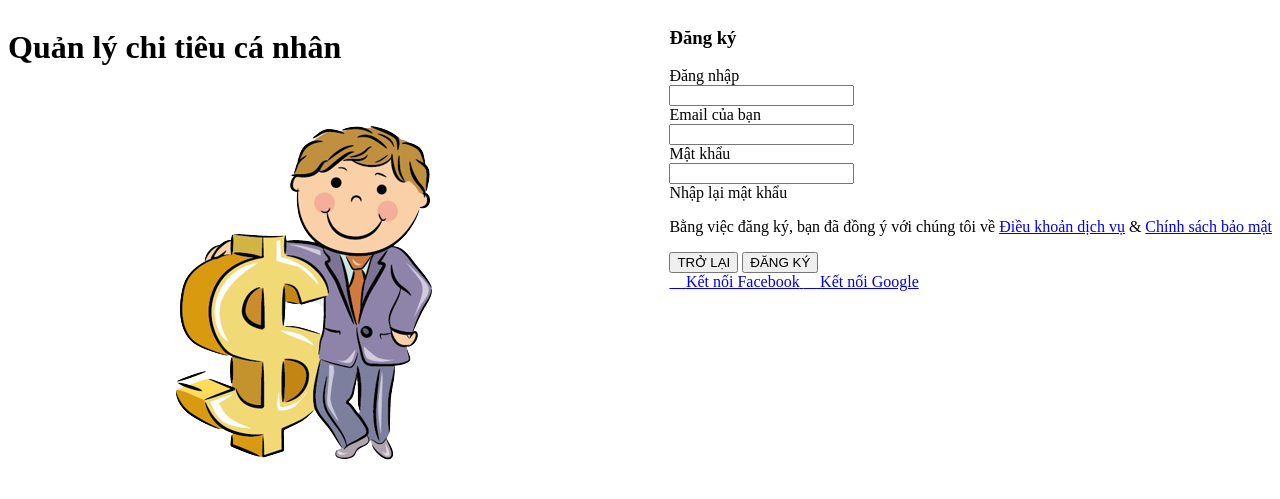
Repository: ximvhs/sochitieu
Page: login.html
These files come from the project's save history. The page is drawn as it stood at one moment and after a run of saves; the edit follows.
The browser window is 1280 px wide. The pictures show the whole page.
Some web fonts or font styles are not loaded; a fallback is used.

Above is the page before, as saved 2023-04-05 09:55:50.

After the next 4 saves:
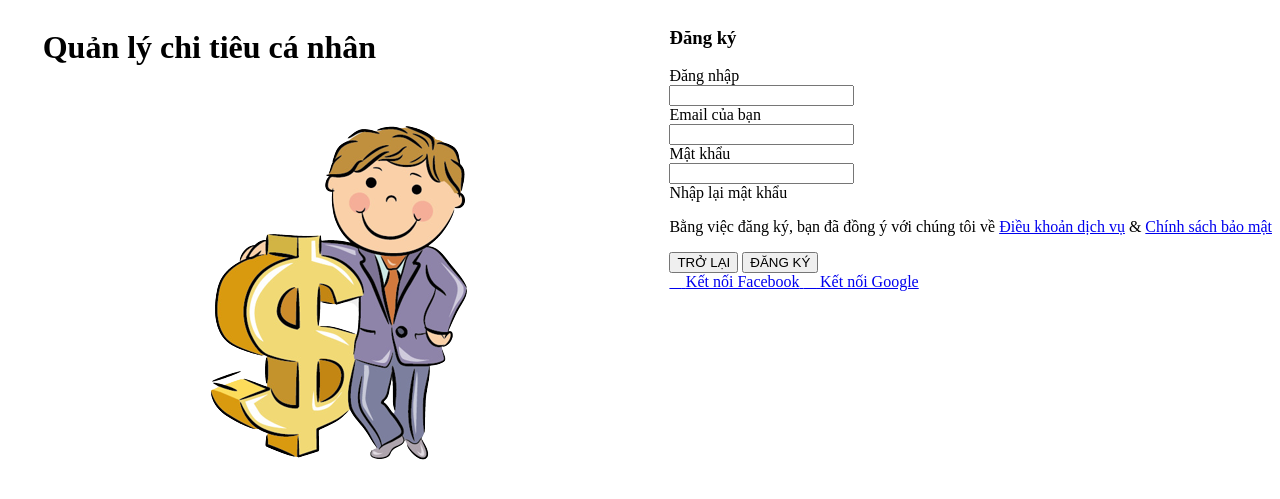
The 4 saves are shown as one change because they came seconds apart.
The last was saved 12 s later.
--- a/assets/css/login.css
+++ b/assets/css/login.css
@@ -4,5 +4,5 @@
 }
 
 .auth-form--left {
-
+    margin: auto auto;
 }

After the save that followed:
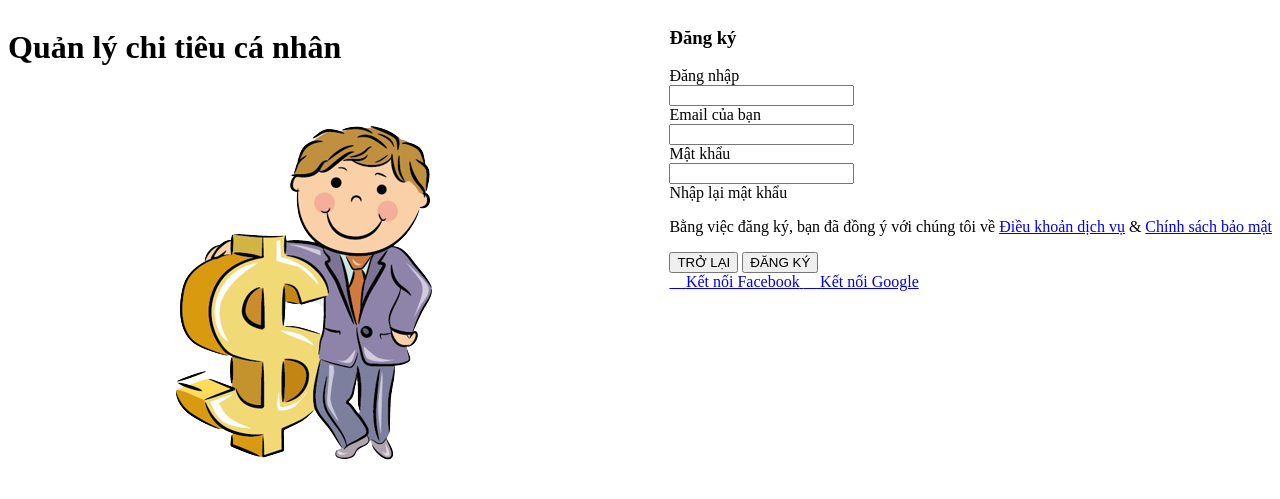
Saved 41 s later.
--- a/assets/css/login.css
+++ b/assets/css/login.css
@@ -4,5 +4,5 @@
 }
 
 .auth-form--left {
-    margin: auto auto;
+
 }
